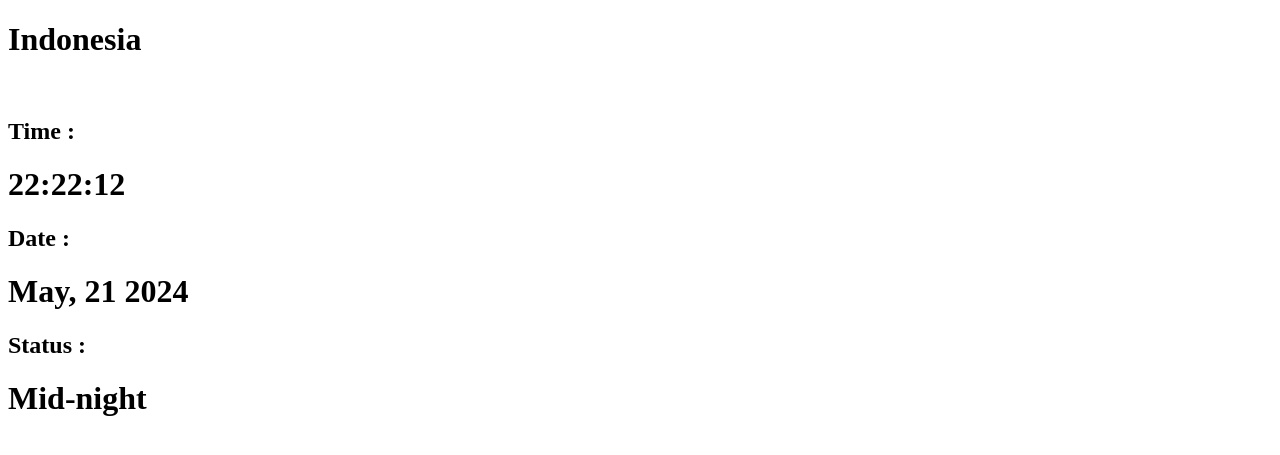
Repository: SnakeXrnt/notion-clock
Page: indonesia.html
An editor plug-in stored every save of this project. The page is shown before and after the next save, followed by the edit.
The browser window is 1280 px wide. The pictures show the whole page.

Above is the page before, as saved 2024-05-21 16:03:33.

After the next save:
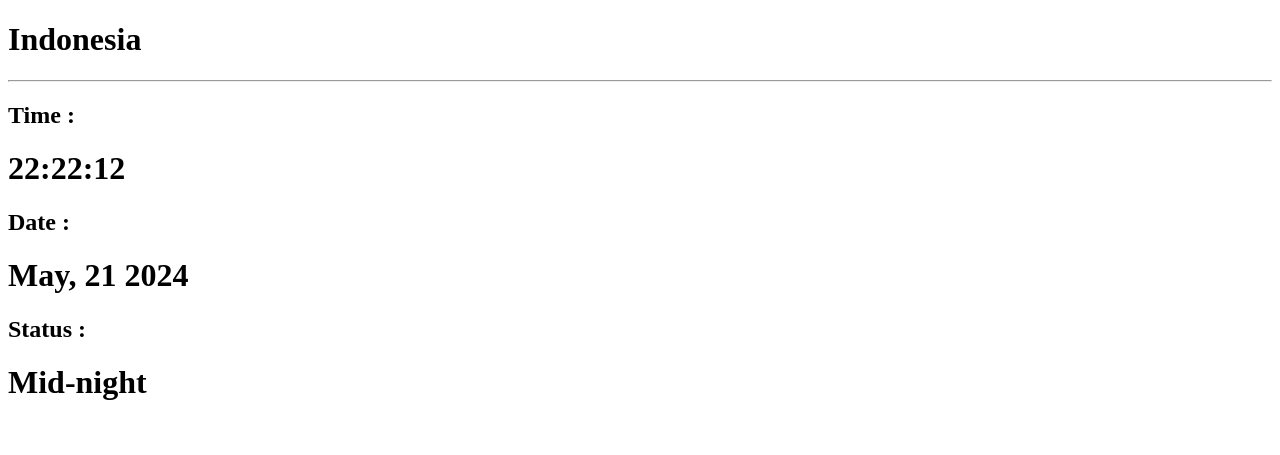
Saved 60 s later.
--- a/indonesia.html
+++ b/indonesia.html
@@ -61,7 +61,7 @@
 </head>
 <body>
     <h1>Indonesia</h1>
-    <br>
+    <hr>
     <h2>Time :</h2>
     <h1 class="time"></h1>
     <h2>Date :</h2>
